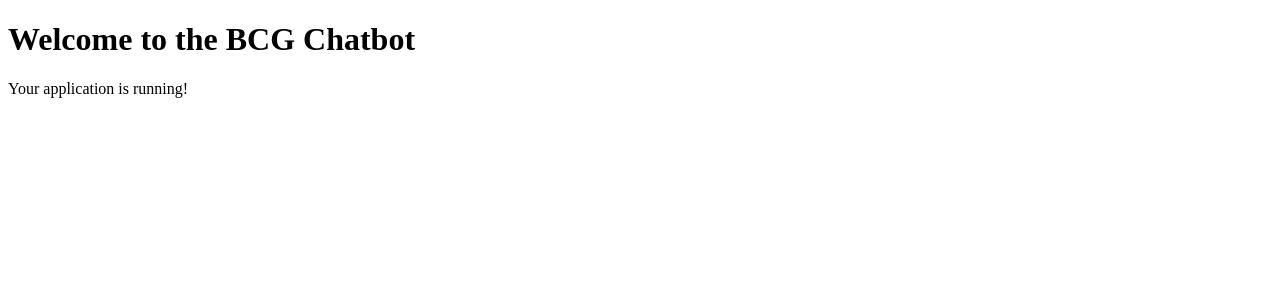
Repository: MoraaOntita/AI_powered_financial_chatbot
Page: app/templates/index.html
These files come from the project's save history. The page is drawn as it stood at one moment and after the next save; the edit follows.
The browser window is 1280 px wide. The pictures show the whole page.

Above is the page before, as saved 2024-09-03 11:08:58.

### app/templates/index.html
<!DOCTYPE html>
<html lang="en">
<head>
    <meta charset="UTF-8">
    <meta name="viewport" content="width=device-width, initial-scale=1.0">
    <title>Home</title>
</head>
<body>
    <h1>Welcome to the BCG Chatbot</h1>
    <p>Your application is running!</p>
</body>
</html>

After the next save:
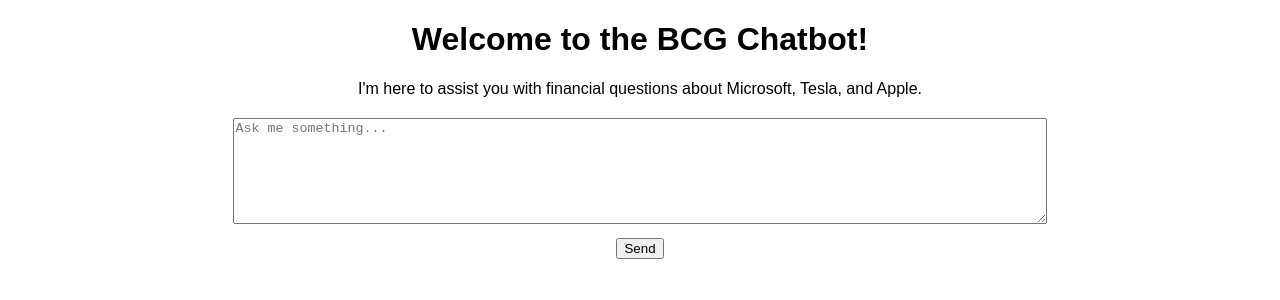
Saved 2 h 38 min later.
--- a/app/templates/index.html
+++ b/app/templates/index.html
@@ -3,10 +3,43 @@
 <head>
     <meta charset="UTF-8">
     <meta name="viewport" content="width=device-width, initial-scale=1.0">
-    <title>Home</title>
+    <title>BCG Chatbot</title>
+    <style>
+        body { font-family: Arial, sans-serif; }
+        .container { width: 80%; margin: 0 auto; text-align: center; }
+        .chatbox { margin-top: 20px; }
+        textarea { width: 80%; height: 100px; }
+        button { margin-top: 10px; }
+    </style>
 </head>
 <body>
-    <h1>Welcome to the BCG Chatbot</h1>
-    <p>Your application is running!</p>
+    <div class="container">
+        <h1>Welcome to the BCG Chatbot!</h1>
+        <p>I'm here to assist you with financial questions about Microsoft, Tesla, and Apple.</p>
+        <div class="chatbox">
+            <textarea id="question" placeholder="Ask me something..."></textarea><br>
+            <button onclick="askQuestion()">Send</button>
+            <p id="response"></p>
+        </div>
+    </div>
+    <script>
+        function askQuestion() {
+            const question = document.getElementById('question').value;
+            fetch('/ask', {
+                method: 'POST',
+                headers: {
+                    'Content-Type': 'application/json'
+                },
+                body: JSON.stringify({ question })
+            })
+            .then(response => response.json())
+            .then(data => {
+                document.getElementById('response').innerText = data.answer;
+            })
+            .catch(error => {
+                document.getElementById('response').innerText = 'An error occurred.';
+            });
+        }
+    </script>
 </body>
 </html>
